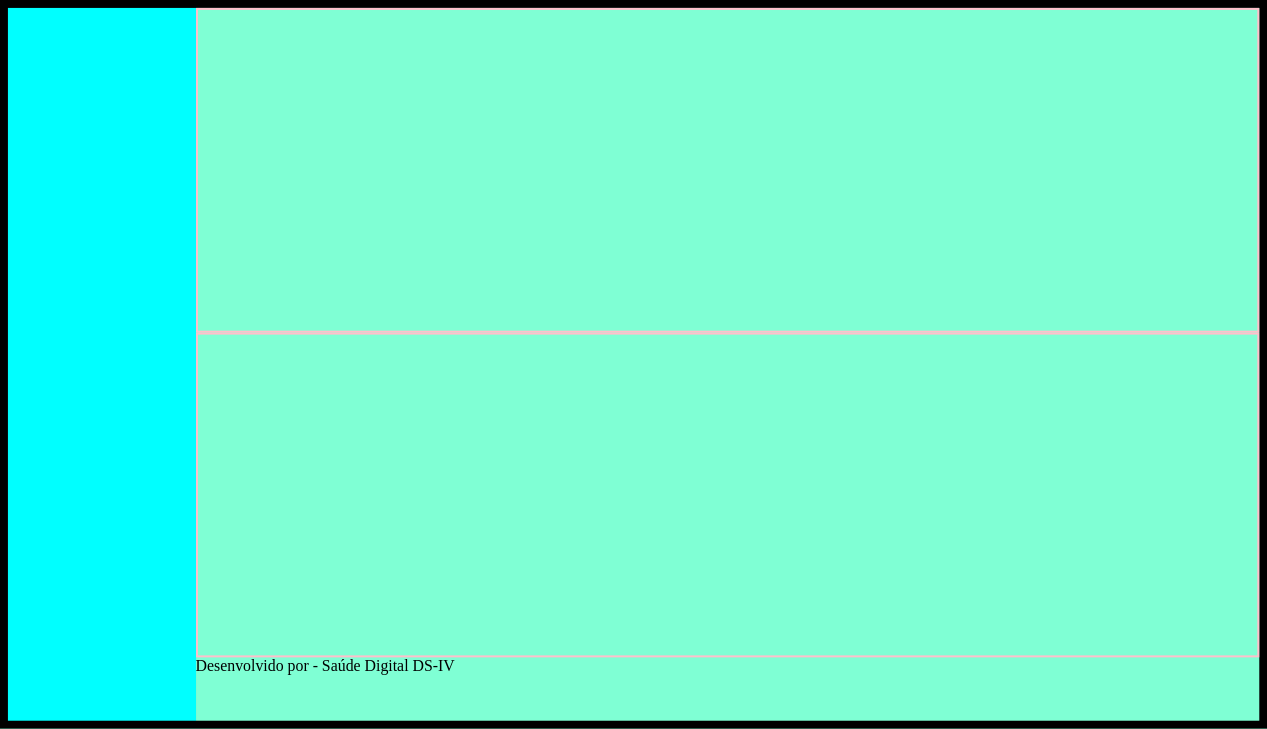
Repository: br-on/ddaf-chamados
Page: index.html
An editor plug-in stored every save of this project. The page is shown before and after the next save, followed by the edit.
The browser window is 1280 px wide. The pictures show the whole page, at 99% of full size.

Above is the page before, as saved 2025-01-19 20:25:24.

### index.html
<!DOCTYPE html>
<html lang="pt-br">
<head>
    <meta charset="UTF-8">
    <meta name="viewport" content="width=device-width, initial-scale=1.0">
    <link rel="stylesheet" href="style.css">
    <title>Radar de Chamados</title>
</head>
<body>
    <header>
        <section class="filtros"></section>
        <section class="percentual"></section>
    </header>
    <main>
        <section class="tipos-demandas"></section>
        <section class="andamento-demandas"></section>
        <footer> Desenvolvido por - Saúde Digital DS-IV</footer>
    </main>
</body>
</html>

### style.css
body {
    background-color: black;
    display: flex;
    height: 100vh;
}
header {
    width: 15%;
    background-color: aqua;
}
main {
    width: 85%;
    background-color: aquamarine;
}

.tipos-demandas {
    height: 45%;
    border: solid pink 2px;
}

.andamento-demandas {
    height: 45%;
    border: solid pink 2px;
}

After the next save:
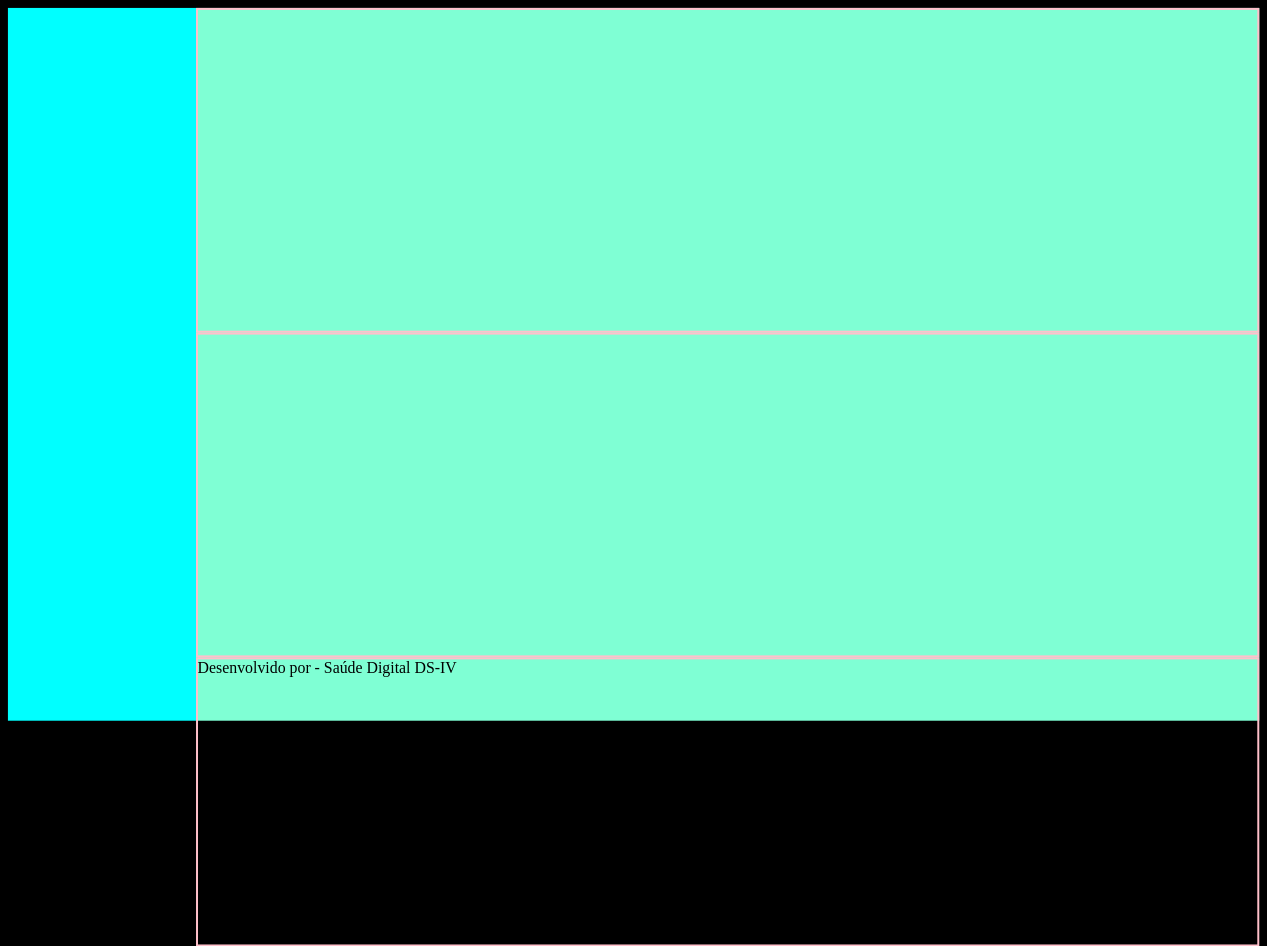
Saved 16 s later.
--- a/style.css
+++ b/style.css
@@ -21,3 +21,7 @@ main {
     height: 45%;
     border: solid pink 2px;
 }
+footer {
+    height: 40%;
+    border: solid pink 2px;
+}
